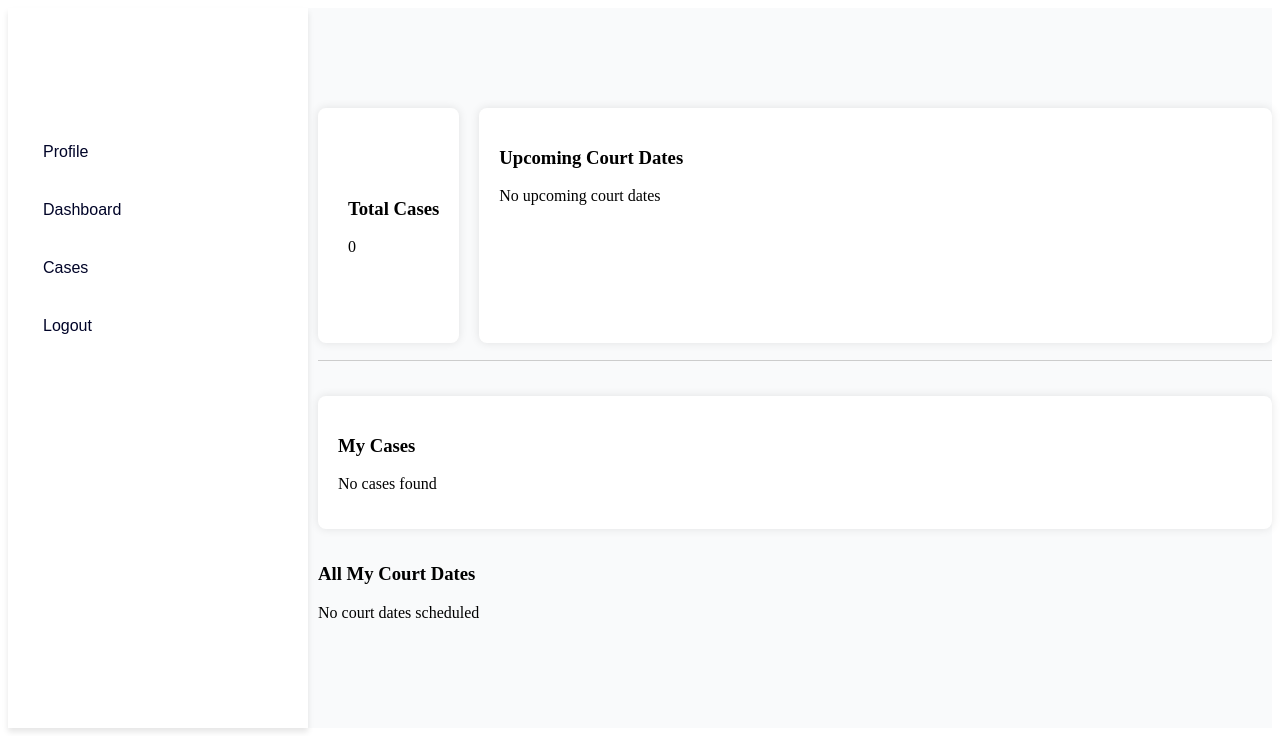
Repository: Luvuyotafeni/Case-Management-App
Page: /dashboard (app in Front-end/)
The author's editor kept a copy of each file at every save. The page is drawn from the files as they stood at one save, then again after the next save.
The browser window is 1280 px wide. The pictures show the whole page.
The page's requests for data from a server got no answer. The project was rebuilt for these pictures with package versions that can differ from the ones it lists, and the page was loaded fresh each time. No one was signed in, and anything a server would have sent is missing. Also part of the build but not shown: Front-end/vite.config.js, Front-end/src/services/AuthService.js, Front-end/src/components/ForgotPassword.vue, Front-end/src/components/LoginPage.vue, Front-end/src/components/Register.vue, Front-end/src/components/Welcome.vue, Front-end/src/components/AdminComponents/Header.vue, Front-end/src/services/UserService.js and 16 more.

Above is the page before, as saved 2025-07-24 19:12:54.

### Front-end/src/main.js
import './assets/main.css'

import { createApp } from 'vue'
import App from './App.vue'
import router from './router'
import Vue3Toastify from 'vue3-toastify'
import 'vue3-toastify/dist/index.css'

const app = createApp(App);

app.use(router);
app.use(Vue3Toastify, {
  autoClose: 3000,
  position: 'top-right',
});
app.mount('#app');

### Front-end/src/assets/main.css
*{
  background-color: FFFFFF;
}

.not-verified {
  color: red;
  font-weight: bold;
  margin-left: 10px;
}
.verified {
  color: green;
  font-weight: bold;
  margin-left: 10px;
}
.cancel-btn {
  background-color: #f44336;
  color: white;
  border: none;
  padding: 10px 20px;
  border-radius: 5px;
  cursor: pointer;
}

/* Court Dates Accordion Styling */
.court-dates-section {
  margin-top: 15px;
}

.accordion {
  margin-top: 10px;
  width: 100%;
}

.accordion-item {
  border: 1px solid #ccc;
  border-radius: 5px;
  margin-bottom: 10px;
  overflow: hidden;
}

.accordion-header {
  display: flex;
  justify-content: space-between;
  align-items: center;
  padding: 10px 15px;
  background-color: #f4f4f4;
  cursor: pointer;
  transition: background-color 0.2s;
}

.accordion-header:hover {
  background-color: #e4e4e4;
}

.accordion-title {
  display: flex;
  align-items: center;
  gap: 8px;
  font-weight: 500;
}

.accordion-content {
  max-height: 0;
  overflow: hidden;
  transition: max-height 0.3s ease-out;
  background-color: #ffffff;
}

.accordion-content.active {
  max-height: 500px;
  padding: 15px;
  border-top: 1px solid #ccc;
}

/* Court Date Details */
.court-date-details {
  margin-bottom: 15px;
}

/* Court Notes Styling */
.court-notes {
  border-top: 1px dashed #ccc;
  padding-top: 15px;
  margin-top: 15px;
}

.court-notes h4 {
  margin-top: 0;
  margin-bottom: 10px;
  font-size: 16px;
  font-weight: bold;
}

.note-item {
  background-color: #f9f9f9;
  border-left: 3px solid #007bff;
  padding: 10px;
  margin-bottom: 10px;
  border-radius: 0 4px 4px 0;
}

.note-item p {
  margin: 0 0 5px 0;
}

.note-item small {
  color: #666;
  font-style: italic;
  font-size: 12px;
}

/* Status Badge Styling */
.status-badge {
  display: inline-block;
  padding: 2px 8px;
  border-radius: 12px;
  font-size: 12px;
  margin-left: 10px;
}

.status-scheduled {
  background-color: #cce5ff;
  color: #004085;
}

.status-completed {
  background-color: #d4edda;
  color: #155724;
}

.status-postponed {
  background-color: #fff3cd;
  color: #856404;
}

.status-cancelled {
  background-color: #f8d7da;
  color: #721c24;
}

hr {
  margin: 15px 0;
  border: 0;
  border-top: 1px solid #ccc;
}

### Front-end/src/App.vue
<script setup>
</script>

<template>
  <router-view/>
</template>
<style scoped>

</style>

### Front-end/src/components/UserComponents/Dashboard.vue
<script setup>
import { ref, onMounted } from 'vue';
import Header from './Header.vue';
import CaseService from '@/services/CaseService';
import CourtDateService from '@/services/CourtDate';

const cases = ref([]);
const courtDates = ref([]);
const userId = sessionStorage.getItem("userId");
const upcomingCourtDates = ref([]);
const totalCases = ref(0);
const loading = ref(true);
const error = ref(null);

// Helper function to format date
const formatDate = (dateString) => {
    if (!dateString) return 'N/A';
    try {
        const date = new Date(dateString);
        return date.toLocaleDateString('en-US', {
            year: 'numeric',
            month: 'short',
            day: 'numeric',
            hour: '2-digit',
            minute: '2-digit'
        });
    } catch (e) {
        return dateString;
    }
};

// Helper function to get case name by case ID
const getCaseNameById = (caseId) => {
    const foundCase = cases.value.find(c => c.caseId === caseId);
    return foundCase ? foundCase.caseName : 'Unknown Case';
};

// Helper function to get case user name by case ID
const getCaseUserNameById = (caseId) => {
    const foundCase = cases.value.find(c => c.caseId === caseId);
    return foundCase && foundCase.user ? foundCase.user.name : 'Unknown User';
};

const fetchUserCases = async () => {
    try {
        const response = await CaseService.getCasesByUserId(userId);
        cases.value = response;
        totalCases.value = cases.value.length;
    } catch (error) {
        console.error("Error fetching cases:", error);
        error.value = "Failed to fetch cases";
    }
};

const fetchUserCourtDates = async () => {
    try {
        const response = await CourtDateService.getCourtDatesByUserId(userId);
        courtDates.value = response;

        // Filter upcoming court dates (future dates only) and sort by date
        const now = new Date();
        upcomingCourtDates.value = courtDates.value
            .filter(courtDate => {
                const courtDateTime = new Date(courtDate.scheduledDateTime);
                return courtDateTime > now;
            })
            .sort((a, b) => new Date(a.scheduledDateTime) - new Date(b.scheduledDateTime))
            .slice(0, 5); // Get only first 5 upcoming dates

    } catch (error) {
        console.error("Error fetching court dates:", error);
        error.value = "Failed to fetch court dates";
    }
};

const fetchData = async () => {
    loading.value = true;
    error.value = null;

    try {
        await Promise.all([
            fetchUserCases(),
            fetchUserCourtDates()
        ]);
    } catch (err) {
        error.value = "Failed to load dashboard data";
        console.error("Error loading dashboard data:", err);
    } finally {
        loading.value = false;
    }
};

onMounted(fetchData);
</script>

<template>
    <div class="container">
        <Header />
        <div class="dashboard">
            <!-- Loading State -->
            <div v-if="loading" class="loading-state">
                <p>Loading dashboard data...</p>
            </div>

            <!-- Error State -->
            <div v-else-if="error" class="error-state">
                <p>{{ error }}</p>
                <button @click="fetchData" class="retry-btn">Retry</button>
            </div>

            <!-- Dashboard Content -->
            <template v-else>
                <div class="top-section">
                    <div class="assigned-cases">
                        <i class='bx bxs-briefcase'></i>
                        <div class="case-info">
                            <h3>Total Cases</h3>
                            <p class="case-count">{{ totalCases }}</p>
                        </div>
                    </div>

                    <div class="upcoming-court-dates">
                        <h3>Upcoming Court Dates</h3>
                        <div v-if="upcomingCourtDates.length === 0" class="no-data">
                            <p>No upcoming court dates</p>
                        </div>
                        <table v-else>
                            <thead>
                                <tr>
                                    <th>Court Date</th>
                                    <th>Case Name</th>
                                    <th>Court Name</th>
                                    <th>Court Room</th>
                                    <th>Hearing Type</th>
                                    <th>Status</th>
                                </tr>
                            </thead>
                            <tbody>
                                <tr v-for="courtDate in upcomingCourtDates" :key="courtDate.courtDateId">
                                    <td>{{ formatDate(courtDate.scheduledDateTime) }}</td>
                                    <td>{{ getCaseNameById(courtDate.relatedCase?.caseId) }}</td>
                                    <td>{{ courtDate.courtName }}</td>
                                    <td>{{ courtDate.courtRoom }}</td>
                                    <td>{{ courtDate.hearingType }}</td>
                                    <td>
                                        <span :class="'status-' + courtDate.status.toLowerCase().replace(' ', '-')">
                                            {{ courtDate.status }}
                                        </span>
                                    </td>
                                </tr>
                            </tbody>
                        </table>
                    </div>
                </div>

                <hr />

                <div class="bottom-section">
                    <h3>My Cases</h3>
                    <div v-if="cases.length === 0" class="no-data">
                        <p>No cases found</p>
                    </div>
                    <table v-else>
                        <thead>
                            <tr>
                                <th>Case Name</th>
                                <th>Case Number</th>
                                <th>Case Type</th>
                                <th>Assigned Lawyer</th>
                                <th>Lawyer Contact</th>
                                <th>Station Name</th>
                                <th>Province</th>
                                <th>Status</th>
                            </tr>
                        </thead>
                        <tbody>
                            <tr v-for="caseItem in cases" :key="caseItem.caseId">
                                <td>{{ caseItem.caseName }}</td>
                                <td>{{ caseItem.caseNumber || 'N/A' }}</td>
                                <td>{{ caseItem.caseType }}</td>
                                <td>{{ caseItem.assignedlawyer?.user?.name || 'No Lawyer Assigned' }}</td>
                                <td>{{ caseItem.assignedlawyer?.user?.phone || 'N/A' }}</td>
                                <td>{{ caseItem.stationName }}</td>
                                <td>{{ caseItem.province }}</td>
                                <td>
                                    <span :class="'status-' + (caseItem.status || 'unknown').toLowerCase().replace(' ', '-')">
                                        {{ caseItem.status || 'Unknown' }}
                                    </span>
                                </td>
                            </tr>
                        </tbody>
                    </table>
                </div>

                <!-- All Court Dates Section -->
                <div class="court-dates-section">
                    <h3>All My Court Dates</h3>
                    <div v-if="courtDates.length === 0" class="no-data">
                        <p>No court dates scheduled</p>
                    </div>
                    <table v-else>
                        <thead>
                            <tr>
                                <th>Scheduled Date</th>
                                <th>Case Name</th>
                                <th>Court Name</th>
                                <th>Court Room</th>
                                <th>Judge Assigned</th>
                                <th>Hearing Type</th>
                                <th>Status</th>
                            </tr>
                        </thead>
                        <tbody>
                            <tr v-for="courtDate in courtDates" :key="courtDate.courtDateId">
                                <td>{{ formatDate(courtDate.scheduledDateTime) }}</td>
                                <td>{{ getCaseNameById(courtDate.relatedCase?.caseId) }}</td>
                                <td>{{ courtDate.courtName }}</td>
                                <td>{{ courtDate.courtRoom }}</td>
                                <td>{{ courtDate.judgeAssigned }}</td>
                                <td>{{ courtDate.hearingType }}</td>
                                <td>
                                    <span :class="'status-' + courtDate.status.toLowerCase().replace(' ', '-')">
                                        {{ courtDate.status }}
                                    </span>
                                </td>
                            </tr>
                        </tbody>
                    </table>
                </div>
            </template>
        </div>
    </div>
</template>

<style scoped>
.container {
    max-width: 100%;
    height: 100vh;
    display: flex;
    flex-direction: row;
    padding: 0%;
    background-color: #F9FAFB;
  }

  .dashboard{
    display: flex;
    flex-direction: column;
    margin-left: 10px;
    margin-top: 100px;
    width: 100%;
  }
  .top-section {
    display: flex;
    justify-content: space-between;
    margin-bottom: 20px;
    height: 35%;
}

.assigned-cases {
    display: flex;
    align-items: center;
    gap: 10px;
    padding: 20px;
    background: white;
    border-radius: 8px;
    box-shadow: 0 0 10px rgba(0, 0, 0, 0.1);
    height: 90%;
}

.assigned-cases i {
    font-size: 24px;
    color: #4A90E2;
}

.upcoming-court-dates {
    background: white;
    padding: 20px;
    border-radius: 8px;
    box-shadow: 0 0 10px rgba(0, 0, 0, 0.1);
    flex-grow: 1;
    margin-left: 20px;
    height: 90%;
}

.upcoming-court-dates table {
    width: 100%;
    border-collapse: collapse;
}

.upcoming-court-dates th, .upcoming-court-dates td {
    border: 1px solid #ddd;
    padding: 8px;
    text-align: left;
}

.bottom-section {
    margin-top: 20px;
    background: white;
    padding: 20px;
    border-radius: 8px;
    box-shadow: 0 0 10px rgba(0, 0, 0, 0.1);
}

.bottom-section ul {
    list-style-type: none;
    padding: 0;
}

.bottom-section li {
    padding: 10px;
    border-bottom: 1px solid #ddd;
}
table{
    width: 100%;
    border-collapse: collapse;
    background: white;
  }

  thead{
    background: #ddd;
  }
  td, th{
    padding: 10px;
    border: 1px solid #ccc;
    text-align: left;
  }
</style>

### Front-end/src/components/UserComponents/Header.vue
<script setup>
    import { useRouter } from 'vue-router';

    const router = useRouter();

    const navigateTo = (path) => {
        router.push(path);
    };

    const logOut = ()=> {
        router.push("/login");
        sessionStorage.removeItem("userId");
        sessionStorage.removeItem("token");
        sessionStorage.removeItem("role");
    };
</script>
<template>
    <div class="header-wrapper">
        <header class="header">
            <nav class="nav">
                <ul class="nav-list">
                    <li class="nav-item" @click="navigateTo('/user-profile')">
                        <button>
                            Profile
                        </button>
                    </li>
                    <li class="nav-item" @click="navigateTo('/dashboard')">
                        <button>
                            Dashboard
                        </button>
                    </li>
                    <li class="nav-item" @click="navigateTo('/user-cases')">
                        <button>
                            Cases
                        </button>
                    </li>
                    <!-- <li class="nav-item" @click="navigateTo('/user-documents')">
                        <button>
                            Documents
                        </button>
                    </li> -->
                    <!-- <li class="nav-item" @click="navigateTo('/user-consultations')">
                        <button>
                            Consultations
                        </button>
                    </li> -->

                    <li class="nav-item" @click="logOut">
                        <button >
                            Logout
                        </button>
                    </li>
                </ul>
            </nav>
        </header>
    </div>

</template>
<style scoped>

    .header-wrapper{
        position: relative;
        background-color: white;
        box-shadow: 0px 4px 6px rgba(0, 0, 0, 0.1);
    }

    .header{
        display: flex;
        flex-direction: column;
        width: 300px;
        height: 100%;
        background-color: white;
        transition: transform 0.3s ease-in-out;
        transform: translateX(0);
    }
    .nav{
        display: flex;
        flex-direction: column;
        background-color: white;
        padding: 20px;
    }
    .nav-list{
        list-style: none;
        padding: 0;
        margin: 100px 0;
        display: flex;
        flex-direction: column;
        background-color: white;
        gap: 10px;
    }
    .nav-item{
        padding: 5px;
        border-radius: 5px;
        background-color: white;
    }
    .nav-item button {
        background: none;
        border: none;
        color: #000428;
        font-size: 16px;
        cursor: pointer;
        padding: 10px;
        text-align: left;
    }
    .nav-item:hover {
        box-shadow: 0px 4px 10px rgba(0, 0, 0, 0.3);
        transition: box-shadow 0.2s ease-in-out;
    }

</style>

### Front-end/src/services/CaseService.js
import axios from "axios";

class CaseService {
    static BASE_URL ="http://localhost:8080/";

    static getAuthHeader(){
        const token = sessionStorage.getItem("token");
        return {
            headers:{
                Authorization: `Bearer ${token}`,
            },
        };
    }

    static async getCasesByUserId(userId){
        try{
            const response = await axios.get(`${CaseService.BASE_URL}api/cases/user/${userId}`, this.getAuthHeader());
            return response.data;
        } catch (err){
            throw err;
        }
    }

    static async getCaseById(caseId){
        try{
            const response = await axios.get(`${CaseService.BASE_URL}api/cases/${caseId}`, this.getAuthHeader());
            return response.data;
        } catch(err){
            throw err;
        }
    }

    static async getCaseByAssignedLaywyerUserId(userId){
        try{
            const response = await axios.get(`${CaseService.BASE_URL}api/cases/lawyer-user/${userId}`, this.getAuthHeader());
            return response.data;
        } catch (err){
            throw err;
        }
    }
    static async addFile(caseId, file){
        try {
            const formData = new FormData();
            formData.append('file', file);
            formData.append('caseId', caseId);

            console.log('Sending file upload request:', {
                url: `${CaseService.BASE_URL}api/documents/upload`,
                caseId: caseId,
                fileName: file.name
            });

            const response = await axios.post(`${CaseService.BASE_URL}api/documents/upload`, formData, {
                ...this.getAuthHeader()
            });
            return response.data;
        } catch (err){
            console.error('File upload error:', err);
            console.error('Error response:', err.response ? err.response.data : 'No response');
            throw err;
        }
    }

    static async createCase(caseData){
        try{
            const response = await axios.post(`${CaseService.BASE_URL}api/cases/create`, caseData, this.getAuthHeader());
            return response.data;
        } catch(err){
            throw err;
        }
    }
    static async assignLawyer(caseId, lawyerId){
        try{
            const payload = {caseId, lawyerId};
            const response = await axios.post(`${CaseService.BASE_URL}api/cases/assign-lawyer`, payload, this.getAuthHeader());
            return response.data;
        } catch (err){
            throw err;
        }
    }
}

export default CaseService;

### Front-end/src/services/CourtDate.js
import axios from "axios";

class CourtDateService {

    static BASE_URL ="http://localhost:8080/";

    static getAuthHeaders(){
        const token = sessionStorage.getItem("token");
        return {
            headers:{
                Authorization: `Bearer ${token}`,
            },
        };
    }

    static async createCourtDate(caseId, scheduledDateTime, courtName, courtRoom, judgeAssigned, hearingType, adminId){
        try{
            const response = await axios.post(
             `${CourtDateService.BASE_URL}api/court-dates/create`,{
                caseId,
                scheduledDateTime,
                courtName,
                courtRoom,
                judgeAssigned,
                hearingType,
                adminId
             },
             this.getAuthHeaders()
            );
            return response.data;
        } catch (err){
            throw err;
        }
    }

    static async getCourtDatesByUserId(userId){
        try{
            const response = await axios.get(`${CourtDateService.BASE_URL}api/court-dates/user/${userId}`, this.getAuthHeaders());
            return response.data;
        } catch( err){
            throw err;
        }
    }
}

export default CourtDateService;

Loaded but not shown: Front-end/src/router/index.js (129 lines, source omitted)

After the next save:
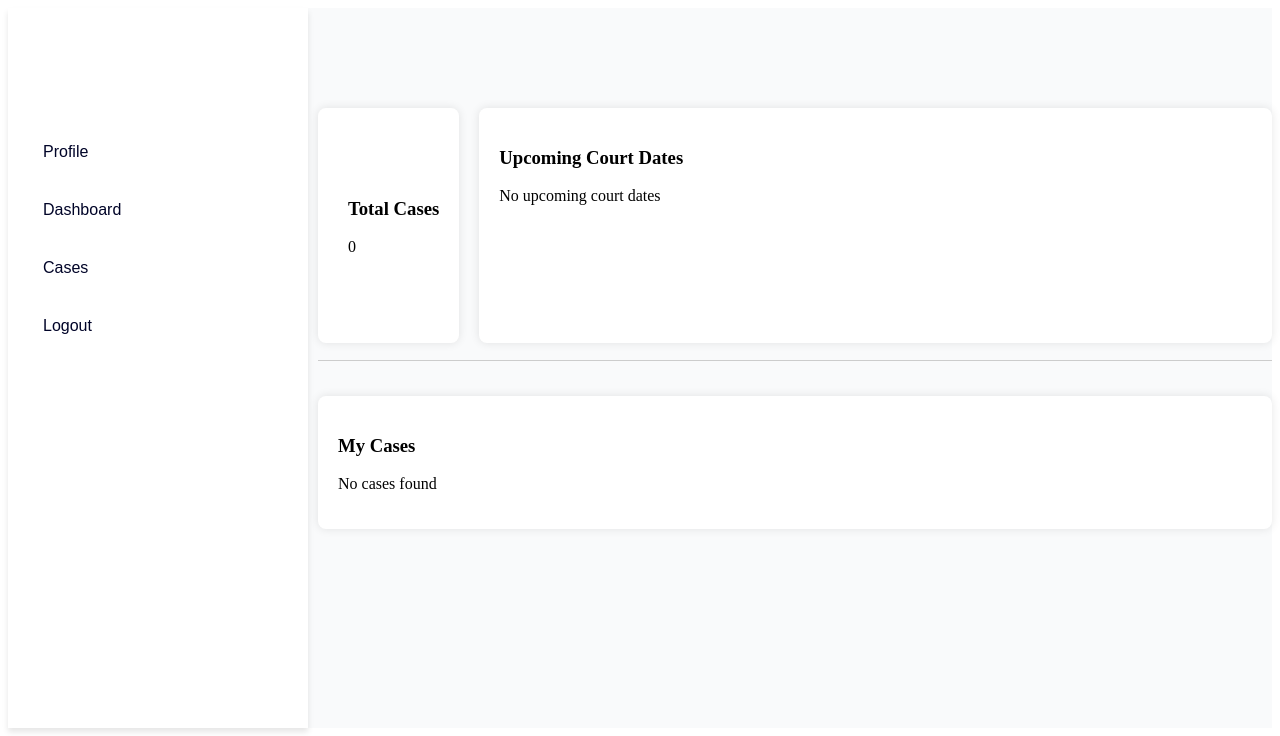
Saved 83 s later.
--- a/Front-end/src/components/UserComponents/Dashboard.vue
+++ b/Front-end/src/components/UserComponents/Dashboard.vue
@@ -192,41 +192,8 @@ onMounted(fetchData);
                     </table>
                 </div>
 
-                <!-- All Court Dates Section -->
-                <div class="court-dates-section">
-                    <h3>All My Court Dates</h3>
-                    <div v-if="courtDates.length === 0" class="no-data">
-                        <p>No court dates scheduled</p>
-                    </div>
-                    <table v-else>
-                        <thead>
-                            <tr>
-                                <th>Scheduled Date</th>
-                                <th>Case Name</th>
-                                <th>Court Name</th>
-                                <th>Court Room</th>
-                                <th>Judge Assigned</th>
-                                <th>Hearing Type</th>
-                                <th>Status</th>
-                            </tr>
-                        </thead>
-                        <tbody>
-                            <tr v-for="courtDate in courtDates" :key="courtDate.courtDateId">
-                                <td>{{ formatDate(courtDate.scheduledDateTime) }}</td>
-                                <td>{{ getCaseNameById(courtDate.relatedCase?.caseId) }}</td>
-                                <td>{{ courtDate.courtName }}</td>
-                                <td>{{ courtDate.courtRoom }}</td>
-                                <td>{{ courtDate.judgeAssigned }}</td>
-                                <td>{{ courtDate.hearingType }}</td>
-                                <td>
-                                    <span :class="'status-' + courtDate.status.toLowerCase().replace(' ', '-')">
-                                        {{ courtDate.status }}
-                                    </span>
-                                </td>
-                            </tr>
-                        </tbody>
-                    </table>
-                </div>
+
+
             </template>
         </div>
     </div>
